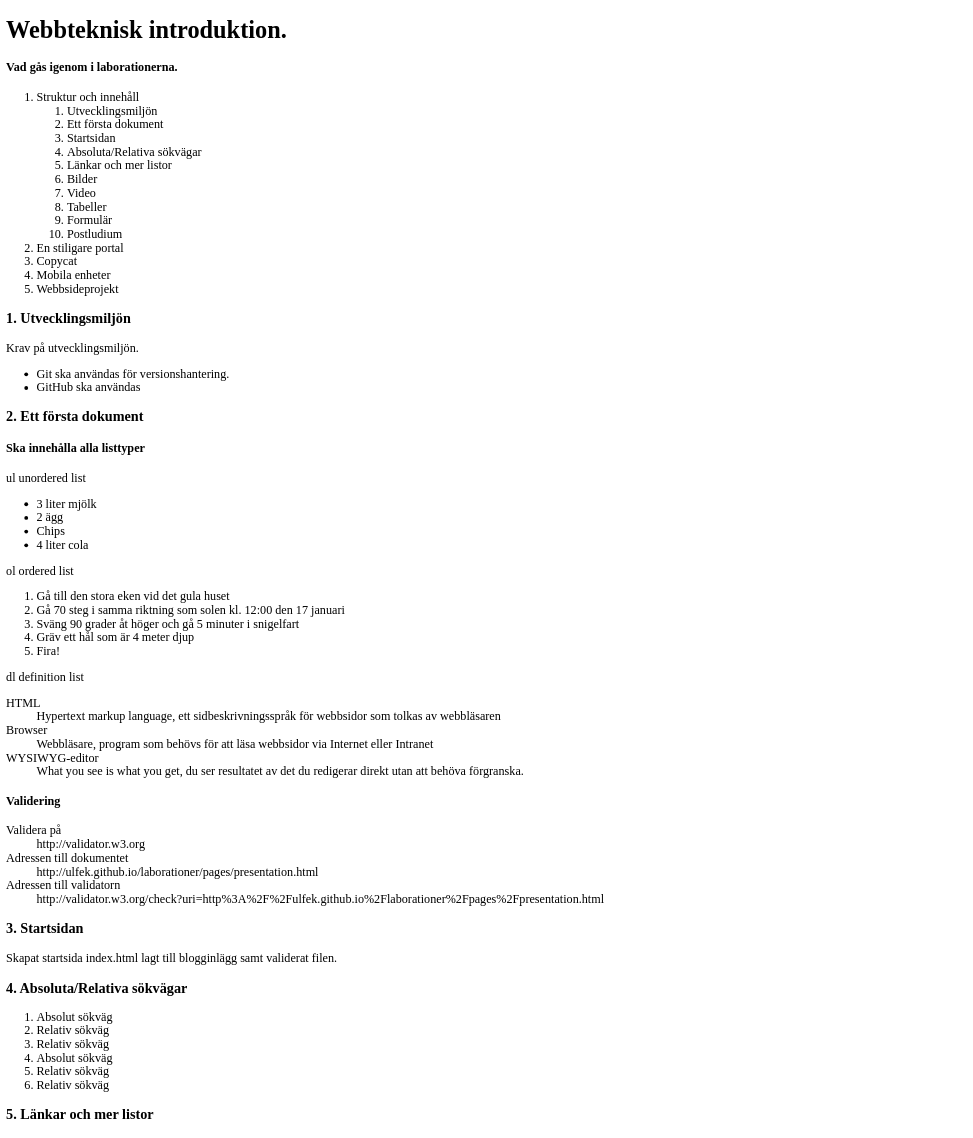
Repository: ulfek/laborationer
Page: pages/presentation.html
The author's editor kept a record of every edit. The page is drawn from the files as they stood at one moment, then again after the next edit.
The browser window is 1280 px wide. The pictures show the whole page, at 76% of full size.

Above is the page before.

After the next edit:
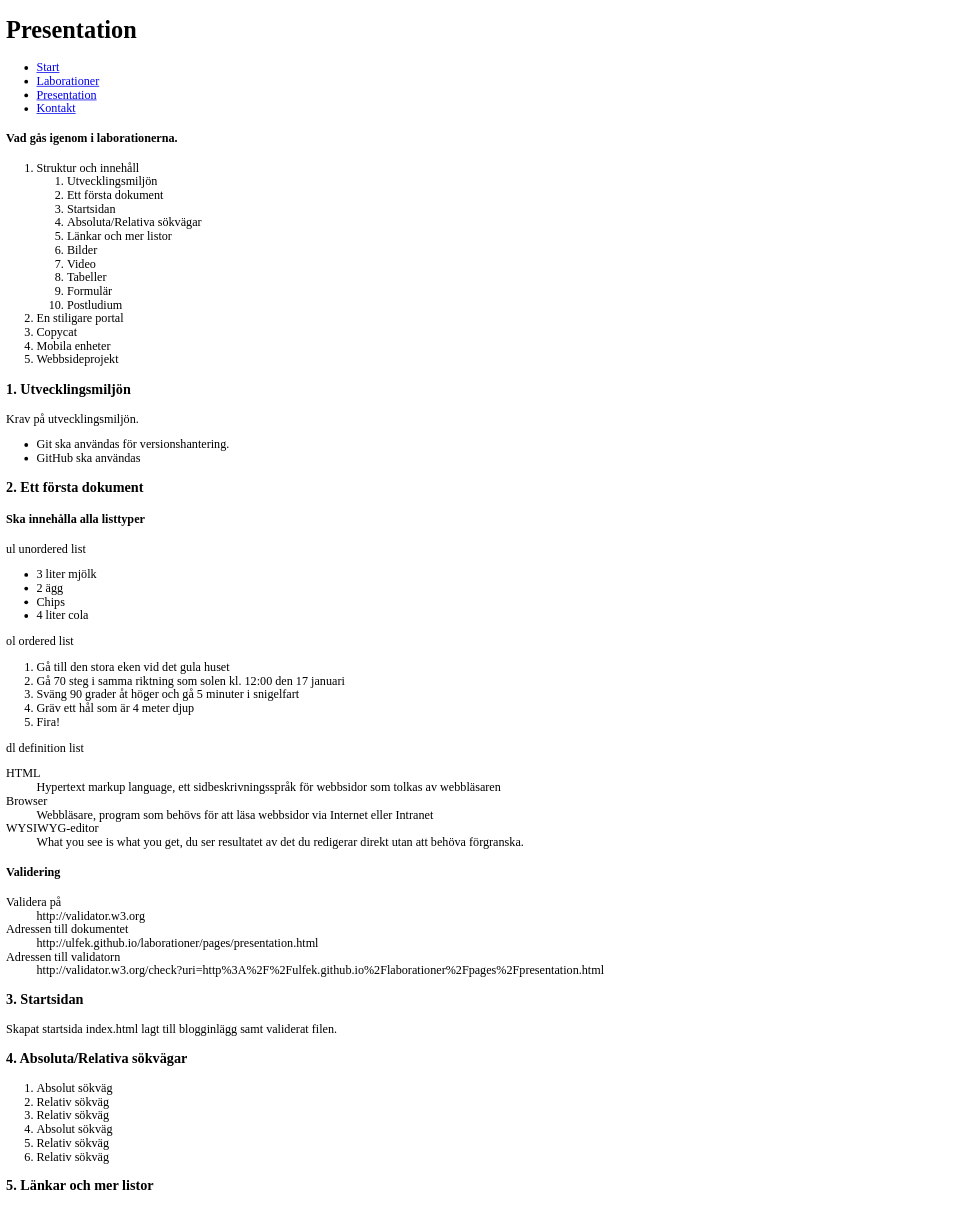
The edit:
--- a/pages/presentation.html
+++ b/pages/presentation.html
@@ -5,8 +5,15 @@
     <title>Presentation</title>
     <body>
         <!-- Test av kommentar -->
-        <h1>Webbteknisk introduktion.</h1>
-        <h4>Vad gås igenom i laborationerna.</h4>
+        <h1>Presentation</h1>
+        </p>
+        <ul>
+            <li><a href="#">Start</a></li>
+            <li><a href="pages/laborationer.html">Laborationer</a></li>
+            <li><a href="pages/presentation.html">Presentation</a></li>
+            <li><a href="pages/kontakt.html">Kontakt</a></li>
+        </ul>
+        <p>        <h4>Vad gås igenom i laborationerna.</h4>
         <ol>
             <li>Struktur och innehåll
                 <ol>
